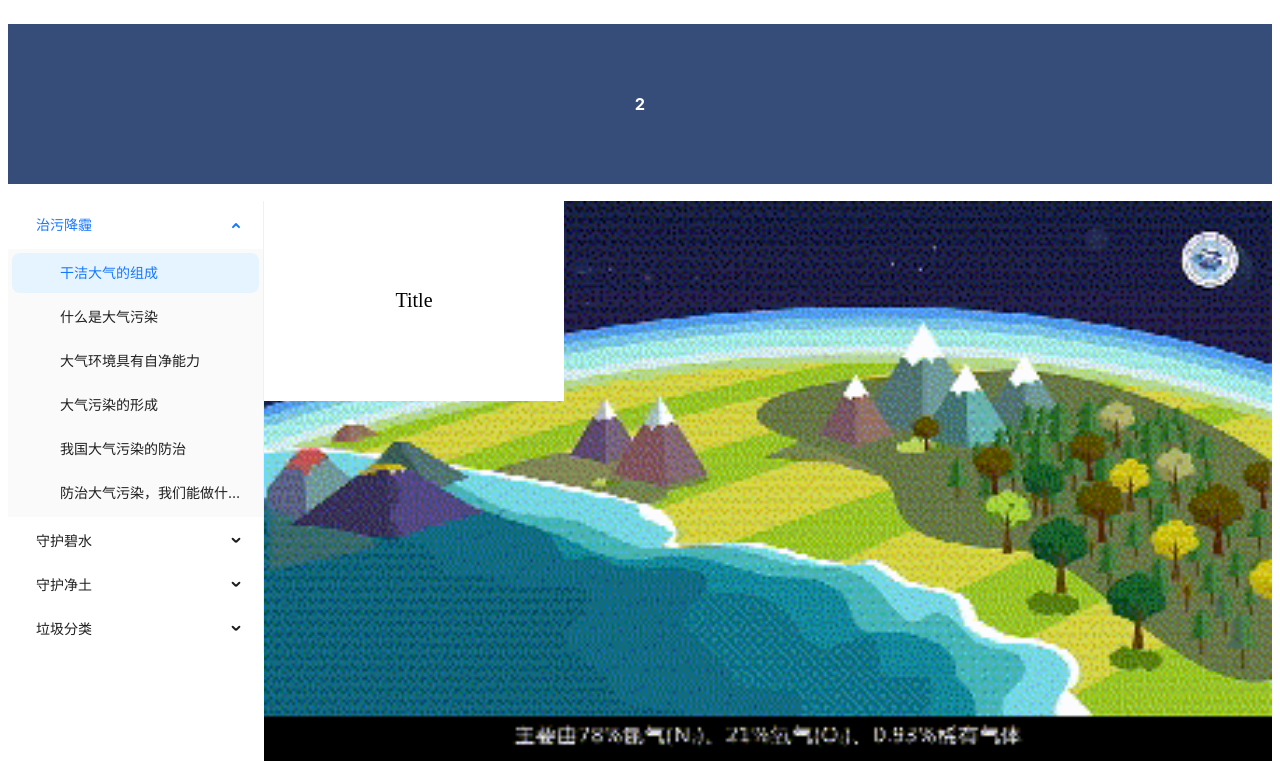
Repository: samllbin/summerWeb
Page: /
These files come from the project's save history. The page is drawn as it stood at one moment and after the next save; the edit follows.
The browser window is 1280 px wide. The pictures show the whole page.
The project was rebuilt for these pictures with package versions that can differ from the ones it lists, and the page was loaded fresh each time. Also part of the build but not shown: vite.config.js, components/menu/config.js, components/content/index.module.css, components/content/index.jsx.

Above is the page before, as saved 2024-07-22 15:37:41.

### src/App.jsx
import React, { useState } from "react";
import style from "./assets/index.module.css";
import Carousel from "@components/carousel/index";
import MenuTab from "@components/menu/MenuTab";
import Content from "@components/content";
import Article from "@components/article";

export default function App() {
  const [current, setCurrent] = useState("1");
  return (
    <div>
      <Carousel />
      <div className={style.layout}>
        <MenuTab setCurrent={setCurrent} current={current} />
        {/* <Content /> */}
        <Article type={"all"} />
      </div>
    </div>
  );
}

### src/assets/index.module.css
.layout {
  display: flex;
}

### components/carousel/index.jsx
import React from "react";
import { Carousel } from "antd";
import style from "./index.module.css";

export default function carousel() {
  return (
    <Carousel autoplay>
      <div>
        <h3 className={style.contentStyle}>1</h3>
      </div>
      <div>
        <h3 className={style.contentStyle}>2</h3>
      </div>
      <div>
        <h3 className={style.contentStyle}>3</h3>
      </div>
      <div>
        <h3 className={style.contentStyle}>4</h3>
      </div>
    </Carousel>
  );
}

### components/menu/MenuTab.jsx
import React from "react";
import { Menu } from "antd";
import { useState } from "react";
import { config } from "./config";

export default function MenuTab({ current, setCurrent }) {
  const onClick = (e) => {
    console.log("click ", e);
    setCurrent(e.key);
  };
  return (
    <div>
      <Menu
        onClick={onClick}
        style={{ width: 256 }}
        defaultOpenKeys={["sub1"]}
        selectedKeys={[current]}
        mode="inline"
        items={config}
      />
    </div>
  );
}

### components/article/index.jsx
import React from "react";
import style from "./index.module.css";

export default function Article({ type, imgURL }) {
  return (
    <div className={style.layout}>
      {type === "all" ? (
        <div className={style.allLayout}>
          <img
            src="../../public/大气组成.png"
            alt="article"
            className={style.allImage}
          />
          <div className={style.allTitle}>Title</div>
        </div>
      ) : (
        // 这里可以添加当 type 不为 "all" 时你想渲染的内容
        <p>显示特定类型的文章</p>
      )}
    </div>
  );
}

### components/carousel/index.module.css
.contentStyle {
  height: 160px;
  color: #fff;
  line-height: 160px;
  text-align: center;
  background: #364d79;
}

### components/article/index.module.css
.layout {
  display: flex;
  width: 100%;
}
.allLayout {
  display: flex;
  width: 100%;
}
.allImage {
  width: 100%;
}

.allTitle {
  display: flex;
  align-items: center;
  justify-content: center;
  position: absolute;
  background-color: #fff;
  width: 300px;
  height: 200px;
  font-size: 20px;
  font-weight: 500;
}

Loaded but not shown: index.html (common file); src/main.jsx (common file)

After the next save:
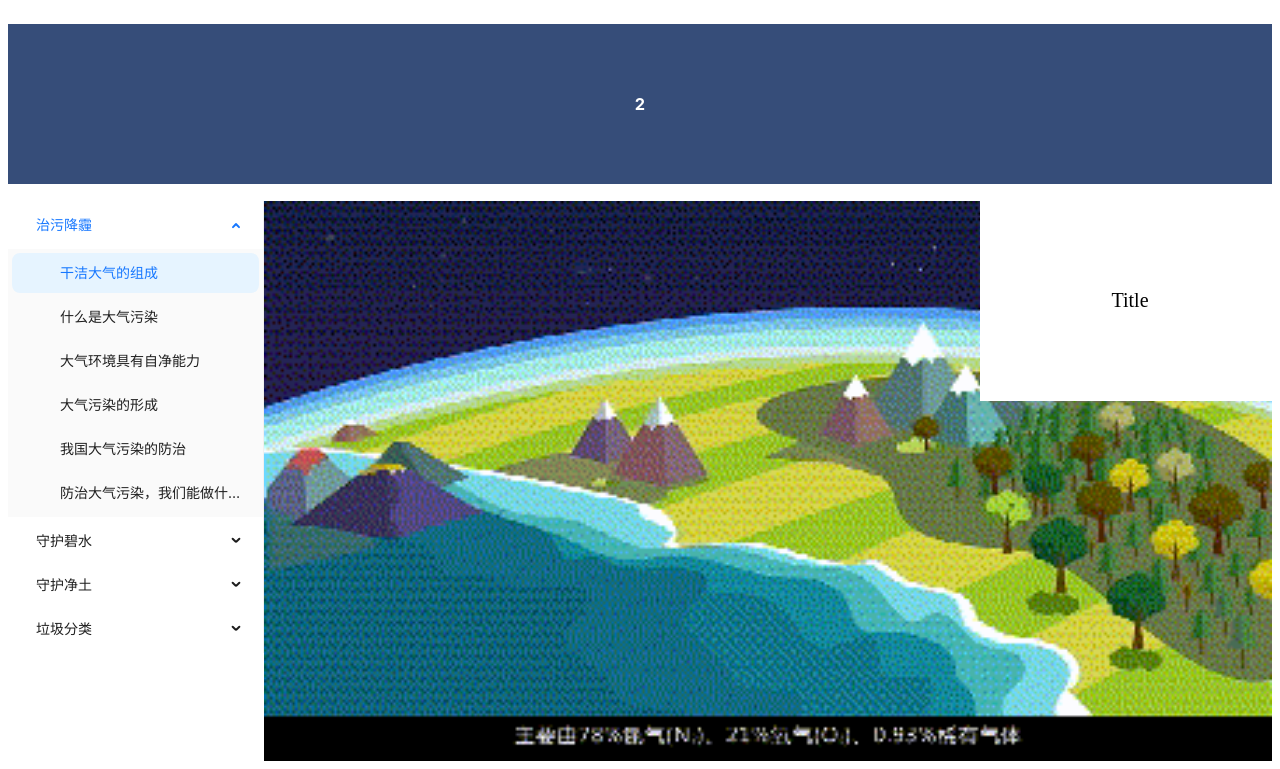
Saved 9 s later.
--- a/components/article/index.module.css
+++ b/components/article/index.module.css
@@ -15,6 +15,7 @@
   align-items: center;
   justify-content: center;
   position: absolute;
+  right: 0;
   background-color: #fff;
   width: 300px;
   height: 200px;
